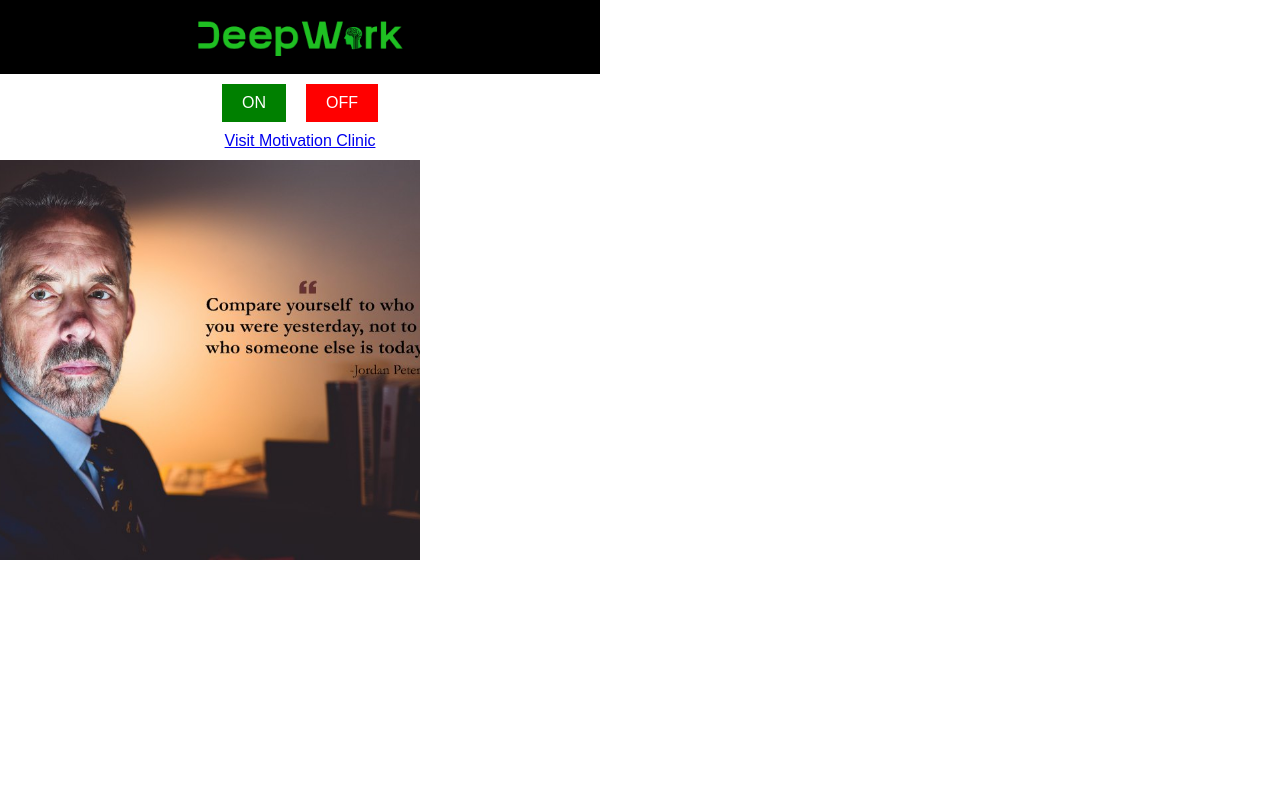
Repository: fechinmitchell/MFM
Page: blocked.html
The author's editor kept a copy of each file at every save. The page is drawn from the files as they stood at one save, then again after the next save.
The browser window is 1280 px wide. The pictures show the whole page.

Above is the page before, as saved 2023-07-12 20:08:33.

### blocked.html
<!DOCTYPE html>
<html>
<head>
  <style>
    body {
      width: 600px;
      height: 800px;
      margin: 0;
      font-family: Arial, sans-serif;
    }
    .banner {
      background-color: black;
      color: white;
      padding: 10px;
      text-align: center;
    }
    .buttons {
      display: flex;
      justify-content: center;
      margin: 10px 0;
    }
    .on-button,
    .off-button {
      border: none;
      padding: 10px 20px;
      margin: 0 10px;
      font-size: 16px;
      cursor: pointer;
    }
    .on-button {
      background-color: green;
      color: white;
    }
    .off-button {
      background-color: red;
      color: white;
    }
    .link {
      display: block;
      text-align: center;
      margin-bottom: 10px;
    }
  </style>
</head>
<body>
  <div class="banner">
    <img src="images/logo.png" alt="Logo">
  </div>
  <div class="buttons">
    <button class="on-button">ON</button>
    <button class="off-button">OFF</button>
  </div>
  <a class="link" href="https://motivationclinic.com" target="_blank">Visit Motivation Clinic</a>
  <img src="images/blocked.jpeg" style="width:70%;height:calc(70% - 160px);object-fit:cover;">
</body>
</html>

After the next save:
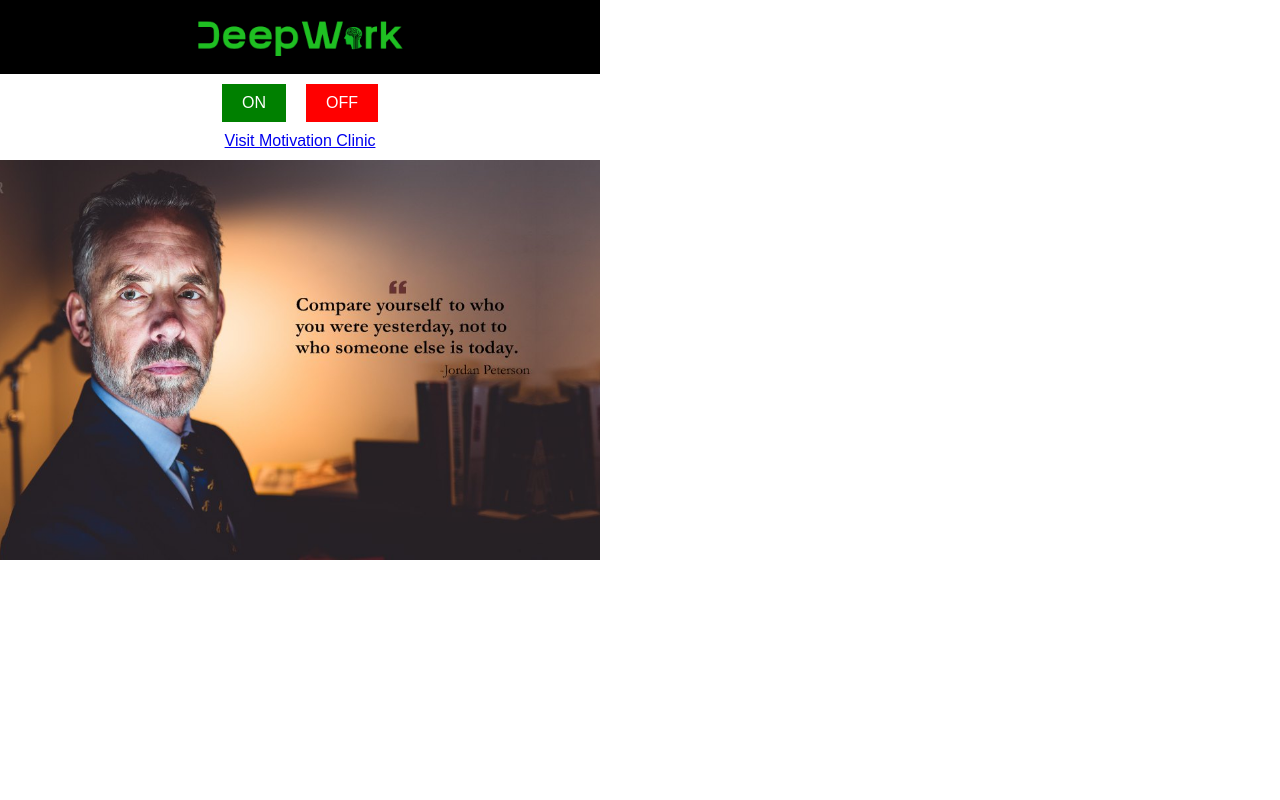
Saved 9 s later.
--- a/blocked.html
+++ b/blocked.html
@@ -51,6 +51,6 @@
     <button class="off-button">OFF</button>
   </div>
   <a class="link" href="https://motivationclinic.com" target="_blank">Visit Motivation Clinic</a>
-  <img src="images/blocked.jpeg" style="width:70%;height:calc(70% - 160px);object-fit:cover;">
+  <img src="images/blocked.jpeg" style="width:100%;height:calc(70% - 160px);object-fit:cover;">
 </body>
 </html>
